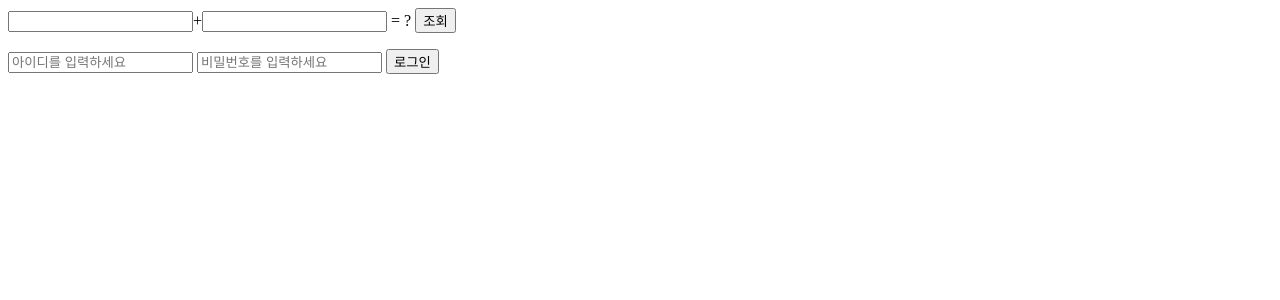
Repository: yyy5044/BackendPractice
Page: BE_01/src/main/webapp/index.html
An editor plug-in stored every save of this project. The page is shown before and after the next save, followed by the edit.
The browser window is 1280 px wide. The pictures show the whole page.

Above is the page before, as saved 2026-04-20 08:02:33.

After the next save:
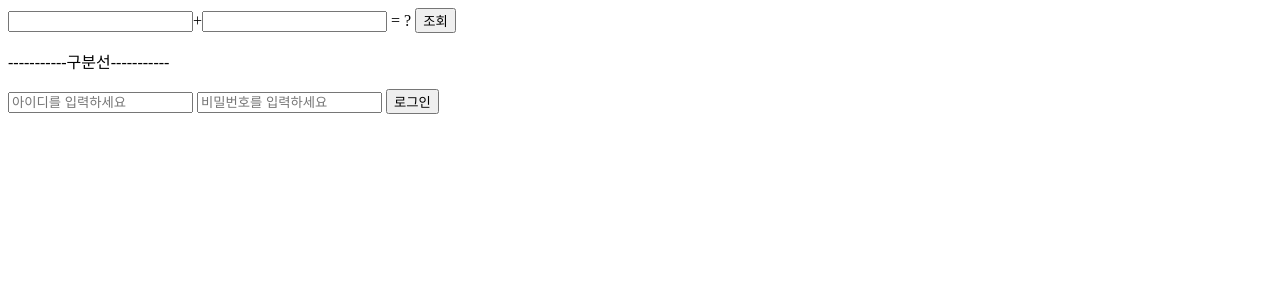
Saved 17 s later.
--- a/BE_01/src/main/webapp/index.html
+++ b/BE_01/src/main/webapp/index.html
@@ -9,7 +9,7 @@
 		<input type="number" name="num1">+<input type="number" name="num2"> = ?
 		<button type="submit">조회</button>
 	</form>
-	<p></p>
+	<p>-----------구분선-----------</p>
 	<form action="/BE_01/login" method="post">
 		<input type="text" placeholder="아이디를 입력하세요" name="id" />
 		<input type="password" placeholder="비밀번호를 입력하세요" name="pass" />
